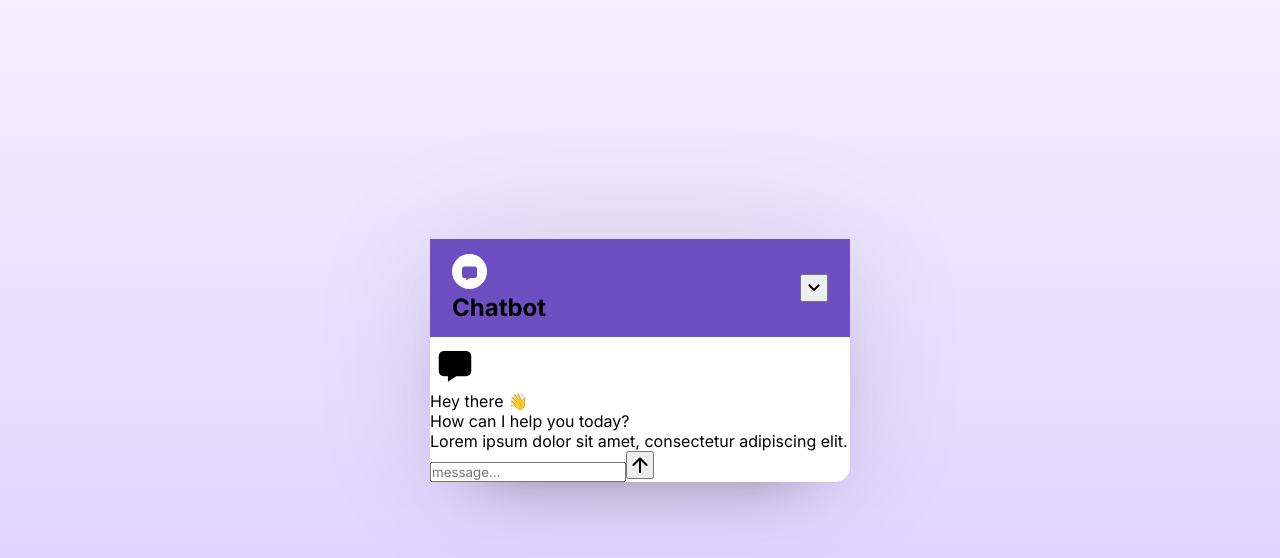
Repository: gogg23/chatbot
Page: / (app in chatbot/)
The author's editor kept a copy of each file at every save. The page is drawn from the files as they stood at one save, then again after the next save.
The browser window is 1280 px wide. The pictures show the whole page.
The project was rebuilt for these pictures with package versions that can differ from the ones it lists, and the page was loaded fresh each time. Also part of the build but not shown: chatbot/vite.config.js.

Above is the page before, as saved 2025-01-15 13:29:59.

### chatbot/index.html
<!DOCTYPE html>
<html lang="en">
  <head>
    <meta charset="UTF-8" />
    <link rel="icon" type="image/svg+xml" href="/vite.svg" />
    <meta name="viewport" content="width=device-width, initial-scale=1.0" />
    <title>Chatbot in ReactJS</title>
    <!--Linking google Fonts for Icons-->
    <link
      href="https://fonts.googleapis.com/css2?family=Material+Symbols+Rounded"
      rel="stylesheet"
    />
  </head>
  <body>
    <div id="root"></div>
    <script type="module" src="/src/main.jsx"></script>
  </body>
</html>

### chatbot/src/index.css
/*Importing Google Fonts - Inter*/
@import url('https://fonts.googleapis.com/css2?family=Inter:ital,opsz,wght@0,14..32,100..900;1,14..32,100..900&display=swap');

* {
  margin: 0;
  padding: 0;
  box-sizing: border-box;
  font-family: 'Inter', sans-serif;
}

body {
  width: 100%;
  display: flex;
  align-items: center;
  justify-content: center;
  min-height: 100vh;
  background: linear-gradient(#f4f0ff, #dacdff);
}

.chatbot-popup {
  width: 420px;
  background: #fff;
  border-radius: 15px;
  box-shadow: 0 0 128px 0 rgba(0, 0, 0, 0.1),
    0 32px 64px -48px rgba(0, 0, 0, 0.5);
}

.chatbot-popup .chat-header {
  display: flex;
  padding: 15px 22px;
  align-items: center;
  justify-content: space-between;
  background: #6d4fc2;
}

.chatbot-header .header-info {
  display: flex;
  gap: 10px;
  align-items: center;
}

.header-info svg {
  height: 35px;
  width: 35px;
  padding: 6px;
  flex-shrink: 0;
  fill: #6d4fc2;
  background: #fff;
  border-radius: 50%;
}

### chatbot/src/App.jsx
import ChatbotIcon from './components/ChatbotIcon';

const App = () => {
  return (
    <div className='container'>
      <div className='chatbot-popup'>
        {/*Chatbot Header*/}
        <div className='chat-header'>
          <div className='header-info'>
            <ChatbotIcon />
            <h2 className='logo-text'>Chatbot</h2>
          </div>
          <button className='material-symbols-rounded'>
            keyboard_arrow_down
          </button>
        </div>
        {/*Chatbot Body*/}
        <div className='chat-body'>
          <div className='message bot-message'>
            <ChatbotIcon />
            <p className='message-text'>
              Hey there 👋
              <br />
              How can I help you today?
            </p>
          </div>
          <div className='message user-message'>
            <p className='message-text'>
              Lorem ipsum dolor sit amet, consectetur adipiscing elit.
            </p>
          </div>
        </div>
        {/*Chatbot Footer*/}
        <div className='chat-footer'>
          <form action='#' className='chat-form'></form>
          <input
            type='text'
            placeholder='message...'
            className='message-input'
            required
          />
          <button className='material-symbols-rounded'>arrow_upward</button>
        </div>
      </div>
    </div>
  );
};

export default App;

### chatbot/src/components/ChatbotIcon.jsx
const ChatbotIcon = () => {
  return (
    <svg
      xmlns='http://www.w3.org/2000/svg'
      width='50'
      height='50'
      viewBox='0 0 1024 1024'
    >
      <path
        d='M738.3 287.6H285.7c-59 0-106.8
      47.8-106.8 106.8v303.1c0 59 47.8 106.8 106.8 106.8h81.5v111.1c0
      .7.8 1.1 1.4.7l166.9-110.6 41.8-.8h117.4l43.6-.4c59
      0 106.8-47.8 106.8-106.8V394.5c0-59-47.8-106.9-106.8-106.9zM351
      .7 448.2c0-29.5 23.9-53.5 53.5-53.5s53.5 23.9 53.5 53.5-23.9
      53.5-53.5 53.5-53.5-23.9-53.5-53.5zm157.9 267.1c-67.8 0-123.8-47
      .5-132.3-109h264.6c-8.6 61.5-64.5 109-132.3 109zm110-213.7c-29.5
      0-53.5-23.9-53.5-53.5s23.9-53.5 53.5-53.5 53.5 23.9 53.5 53.5-23.9
      53.5-53.5 53.5zM867.2 644.5V453.1h26.5c19.4 0 35.1 15.7 35.1 35.1v121.1c0
      19.4-15.7 35.1-35.1 35.1h-26.5zM95.2 609.4V488.2c0-19.4 15.7-35.1
      35.1-35.1h26.5v191.3h-26.5c-19.4 0-35.1-15.7-35.1-35.1zM561.5 149.6c0 23.4-15.6
      43.3-36.9 49.7v44.9h-30v-44.9c-21.4-6.5-36.9-26.3-36.9-49.7 0-28.6 23.3-51.9 51.9-51.9s51.9
      23.3 51.9 51.9z'
      />
    </svg>
  );
};

export default ChatbotIcon;

Loaded but not shown: chatbot/src/main.jsx (common file)

After the next save:
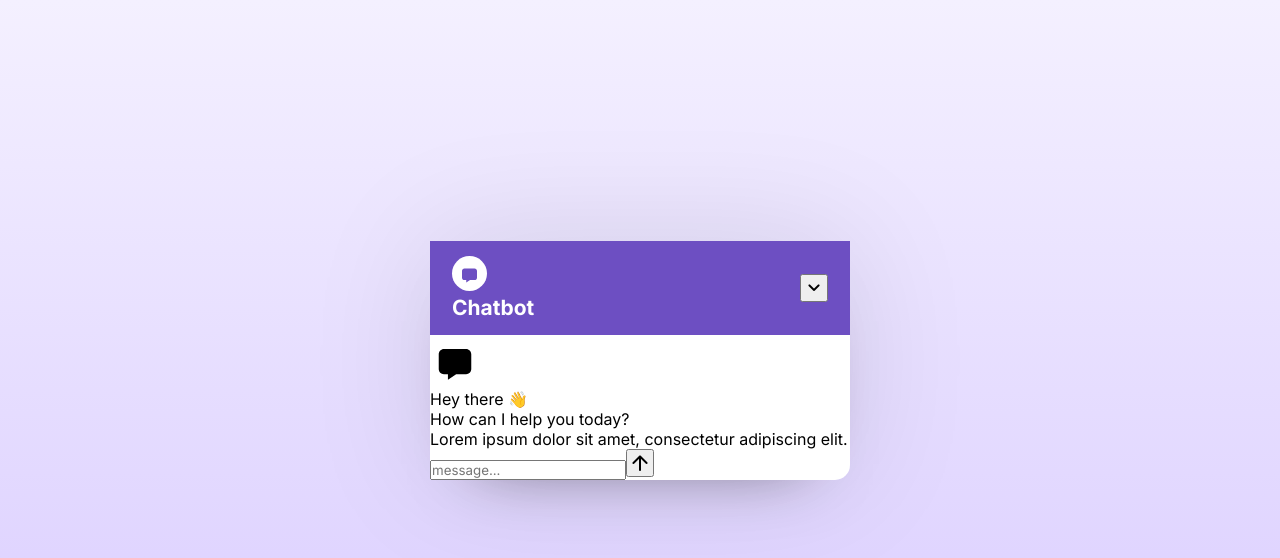
Saved 14 min 8 s later.
--- a/chatbot/src/index.css
+++ b/chatbot/src/index.css
@@ -48,3 +48,8 @@ body {
   background: #fff;
   border-radius: 50%;
 }
+
+.header-info .logo-text {
+  color: #fff;
+  font-size: 1.31rem;
+}
